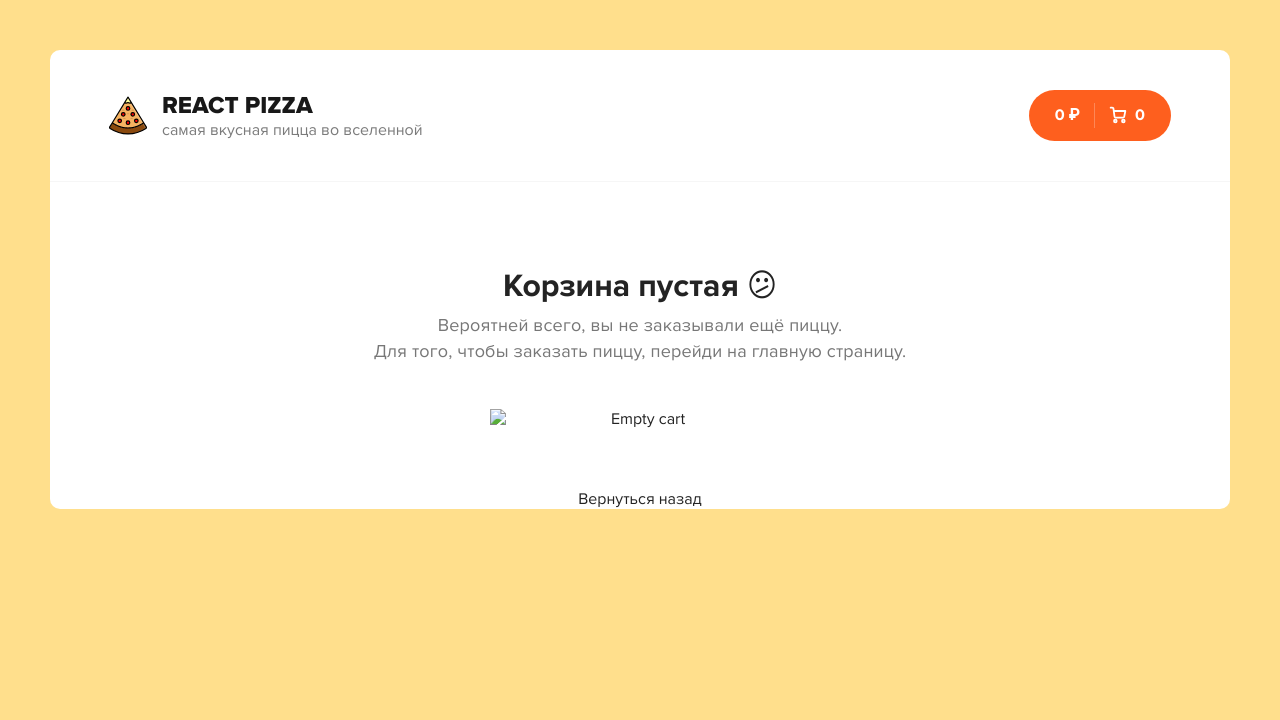
Repository: Danyil-man/online-pizzeria
Page: /cart
The author's editor kept a copy of each file at every save. The page is drawn from the files as they stood at one save, then again after the next save.
The browser window is 1280 px wide. The pictures show the whole page.
The project was rebuilt for these pictures with package versions that can differ from the ones it lists, and the page was loaded fresh each time. Also part of the build but not shown: src/pages/cart/cartItem/CartItem.tsx, src/components/categories/Categories.tsx, src/components/pizzaItem/index.tsx, src/components/pizzaItem/PizzaLoader.tsx, src/components/sortPopUp/Sort.tsx, src/pages/home/Home.tsx.

Above is the page before, as saved 2022-02-11 13:07:41.

### public/index.html
<!DOCTYPE html>
<html lang="en">

<head>
  <meta charset="utf-8" />
  <link rel="icon" href="%PUBLIC_URL%/favicon.ico" />
  <meta name="viewport" content="width=device-width, initial-scale=1" />
  <meta name="theme-color" content="#000000" />
  <meta name="description" content="Web site created using create-react-app" />
  <link rel="apple-touch-icon" href="%PUBLIC_URL%/logo192.png" />
  <!--
      manifest.json provides metadata used when your web app is installed on a
      user's mobile device or desktop. See https://developers.google.com/web/fundamentals/web-app-manifest/
    -->
  <link rel="manifest" href="%PUBLIC_URL%/manifest.json" />
  <!--
      Notice the use of %PUBLIC_URL% in the tags above.
      It will be replaced with the URL of the `public` folder during the build.
      Only files inside the `public` folder can be referenced from the HTML.

      Unlike "/favicon.ico" or "favicon.ico", "%PUBLIC_URL%/favicon.ico" will
      work correctly both with client-side routing and a non-root public URL.
      Learn how to configure a non-root public URL by running `npm run build`.
    -->
  <title>React Pizza</title>
</head>

<body>
  <noscript>You need to enable JavaScript to run this app.</noscript>
  <div id="root"></div>
  <!--
      This HTML file is a template.
      If you open it directly in the browser, you will see an empty page.

      You can add webfonts, meta tags, or analytics to this file.
      The build step will place the bundled scripts into the <body> tag.

      To begin the development, run `npm start` or `yarn start`.
      To create a production bundle, use `npm run build` or `yarn build`.
    -->
</body>

</html>

### src/index.tsx
import React from 'react';
import ReactDOM from 'react-dom';
import { Provider } from 'react-redux';
import App from './App';
import reportWebVitals from './reportWebVitals';
import './scss/app.scss'
import store from './store/reduxStore';

ReactDOM.render(
  <React.StrictMode>
    <Provider store={store}>
      <App />
    </Provider>
  </React.StrictMode>,
  document.getElementById('root')
);

reportWebVitals();

### src/App.tsx
import React from 'react';
import Routing from './routing';


const App = () => {
  return (
    <div className="wrapper">
      <div className="content">
        <Routing />
      </div>
    </div>
  );
}

export default App;

### src/store/reduxStore.ts
import { applyMiddleware, combineReducers, createStore } from "redux";
import filterReducer from "./reducers/filter";
import pizzasReducer from "./reducers/pizzas";
import thunkMiddleware from "redux-thunk";
import cartReducer from "./reducers/cart";

const reducerPack = combineReducers({
    filter: filterReducer,
    pizzas: pizzasReducer,
    cart: cartReducer
})

type reducerPackType = typeof reducerPack

export type AppStateType = ReturnType<reducerPackType>
export type InfernActionType<T> = T extends { [key: string]: (...args: any[]) => infer U } ? U : never


const store = createStore(reducerPack, applyMiddleware(thunkMiddleware))


export default store

### src/routing/index.tsx
import React from "react";
import { BrowserRouter, Route, Switch } from 'react-router-dom'
import Header from "../components/header/Header";
import Cart from "../pages/cart/Cart";
import Home from "../pages/home/Home";

const Routing = () => {
    return (
        <BrowserRouter >
            <Header />
            <Switch>
                <Route exact path='/' component={Home} />
                <Route exact path='/cart' component={Cart} />
            </Switch>
        </BrowserRouter>
    )
}

export default Routing

### src/scss/_fonts.scss
@font-face {
  font-family: "Proxima Nova";
  src: url("./fonts/ProximaNova-Black.eot");
  src: local("./fonts/Proxima Nova Black"), local("ProximaNova-Black"),
    url("./fonts/ProximaNova-Black.eot?#iefix") format("embedded-opentype"),
    url("./fonts/ProximaNova-Black.woff") format("woff"),
    url("./fonts/ProximaNova-Black.ttf") format("truetype");
  font-weight: 900;
  font-style: normal;
}

@font-face {
  font-family: "Proxima Nova";
  src: url("./fonts/ProximaNova-Bold.eot");
  src: local("./fonts/Proxima Nova Bold"), local("ProximaNova-Bold"),
    url("./fonts/ProximaNova-Bold.eot?#iefix") format("embedded-opentype"),
    url("./fonts/ProximaNova-Bold.woff") format("woff"),
    url("./fonts/ProximaNova-Bold.ttf") format("truetype");
  font-weight: bold;
  font-style: normal;
}

@font-face {
  font-family: "Proxima Nova";
  src: url("./fonts/ProximaNova-Regular.eot");
  src: local("./fonts/Proxima Nova Regular"), local("ProximaNova-Regular"),
    url("./fonts/ProximaNova-Regular.eot?#iefix") format("embedded-opentype"),
    url("./fonts/ProximaNova-Regular.woff") format("woff"),
    url("./fonts/ProximaNova-Regular.ttf") format("truetype");
  font-weight: normal;
  font-style: normal;
}

@font-face {
  font-family: "Proxima Nova";
  src: url("./fonts/ProximaNova-Extrabld.eot");
  src: local("./fonts/Proxima Nova Extrabold"), local("ProximaNova-Extrabld"),
    url("./fonts/ProximaNova-Extrabld.eot?#iefix") format("embedded-opentype"),
    url("./fonts/ProximaNova-Extrabld.woff") format("woff"),
    url("./fonts/ProximaNova-Extrabld.ttf") format("truetype");
  font-weight: 800;
  font-style: normal;
}

### src/scss/components/_header.scss
@import "../variables";

.header {
  border-bottom: 1px solid $gray-line;
  padding: 40px 0;
  margin-bottom: 40px;

  .container {
    display: flex;
    align-items: center;
    justify-content: space-between;
  }

  &__logo {
    display: flex;

    img {
      margin-right: 15px;
    }

    h1 {
      color: #181818;
      font-size: 24px;
      letter-spacing: 1%;
      text-transform: uppercase;
      font-weight: 800;
    }

    p {
      color: #7b7b7b;
    }
  }
}

### src/scss/components/_sort.scss
@import "../variables";

.sort {
  position: relative;
  &__label {
    display: flex;
    align-items: center;

    svg {
      margin-right: 8px;
    }

    b {
      margin-right: 8px;
    }

    span {
      color: $orange;
      border-bottom: 1px dashed $orange;
      cursor: pointer;
    }
  }

  &__popup {
    position: absolute;
    right: 0;
    margin-top: 15px;
    background: #ffffff;
    box-shadow: 0px 5px 15px rgba(0, 0, 0, 0.09);
    border-radius: 10px;
    overflow: hidden;
    padding: 10px 0;
    width: 160px;

    ul {
      overflow: hidden;
      li {
        padding: 12px 20px;
        cursor: pointer;

        &.active,
        &:hover {
          background: rgba(254, 95, 30, 0.05);
        }

        &.active {
          font-weight: bold;
          color: $orange;
        }
      }
    }
  }
}

### src/scss/components/_pizza-block.scss
@import "../variables";

.pizza-block {
  width: 280px;
  text-align: center;
  margin-bottom: 65px;

  &:not(:nth-of-type(4n)) {
    margin-right: 35px;
  }

  &__image {
    width: 260px;
  }

  &__title {
    font-size: 20px;
    font-weight: 900;
    letter-spacing: 1%;
    margin-bottom: 20px;
  }

  &__selector {
    display: flex;
    background-color: #f3f3f3;
    border-radius: 10px;
    flex-direction: column;
    padding: 6px;

    ul {
      display: flex;
      flex: 1;

      &:first-of-type {
        margin-bottom: 6px;
      }

      li {
        padding: 8px;
        flex: 1;
        cursor: pointer;
        font-weight: 600;
        font-size: 14px;
        @include noselect();
        &.active {
          background: #ffffff;
          box-shadow: 0px 2px 4px rgba(0, 0, 0, 0.04);
          border-radius: 5px;
          cursor: auto;
        }
        &.disabled {
          opacity: 0.4;
          pointer-events: none;
        }
      }
    }
  }

  &__bottom {
    display: flex;
    align-items: center;
    justify-content: space-between;
    margin-top: 20px;
  }

  &__price {
    font-weight: bold;
    font-size: 22px;
    line-height: 27px;
    letter-spacing: 0.015em;
  }
}

### src/store/reducers/filter.ts
import React from "react"
import { ThunkAction } from "redux-thunk"
import { AppStateType, InfernActionType } from "../reduxStore"


const SET_SORT = 'SET_SORT'
const SET_CATEGORY = 'SET_CATEGORY'

type initialStateType = {
    category: null | number
    sortBy: string
}

const initialState:initialStateType = {
    category: null,
    sortBy: 'popular'
}

//                                              REDUCER
const filterReducer = (state=initialState, action:ActionCreatorsType):initialStateType => {
    switch(action.type){
        case SET_SORT:
            return{
                ...state,
                sortBy: action.name
            }
        case SET_CATEGORY:
            return{
                ...state,
                category: action.index
            }

        default:
            return state
    }
}


//                                            ACTION CREATOR
export const actions = {
    setSort: (name:string) => ({
        type: SET_SORT,
        name
    } as const),
    setCategory: (index:number) => ({
        type: SET_CATEGORY,
        index
    } as const)
}

type ActionCreatorsType = InfernActionType<typeof actions>


//                                      THUNK

export const setItemCategory = (index:number):ThunkType => async (dispatch) => {
    dispatch(actions.setCategory(index))
}

export const setSortBy = (type:string):ThunkType => async (dispatch) => {
    dispatch(actions.setSort(type))
}

type ThunkType = ThunkAction<Promise<void>, AppStateType, unknown, ActionCreatorsType>
export default filterReducer

### src/store/reducers/pizzas.ts
import axios from "axios"
import React from "react"
import { ThunkAction } from "redux-thunk"
import { AppStateType, InfernActionType } from "../reduxStore"

const SET_PIZZA = 'SET_PIZZA'
const SET_LOADED = 'SET_LOADED'

export type PizzaType = {
    id: number,
    imageUrl: string,
    name: string,
    types: Array<number>,
    sizes: Array<number>,
    price: number,
    category: number,
    rating: number
}

type initialStateType = {
    items: Array<PizzaType>
    isLoaded: boolean
}

const initialState:initialStateType = {
    items: [],
    isLoaded: false
}

//                                              REDUCER
const pizzasReducer = (state=initialState, action:ActionCreatorsType):initialStateType => {
    switch(action.type){
        case SET_PIZZA:
            return{
                ...state,
                items: action.items,
                isLoaded:true
            }
        case SET_LOADED:
            return{
                ...state,
                isLoaded: action.isLoaded
            }

        default:
            return state
    }
}


//                                          ACTION CREATOR
export const actions = {
    setPizzas: (items: Array<PizzaType>) => ({
        type: SET_PIZZA,
        items
    } as const),
    setLoaded: (isLoaded: boolean) => ({
        type:SET_LOADED,
        isLoaded
    } as const)
}


//                                               THUNK

export const getAllPizzas = (sortBy:string, category:null | number):ThunkType => async (dispatch) => {
    dispatch(actions.setLoaded(false))
    const {data} = await axios.get(`/pizzas?${category !== null ? `category=${category}`: ''}&_sort=${sortBy}&_order=desc`)
    dispatch(actions.setPizzas(data))

}

type ThunkType = ThunkAction<Promise<void>, AppStateType, unknown, ActionCreatorsType>
type ActionCreatorsType = InfernActionType<typeof actions>

export default pizzasReducer

### src/components/header/Header.tsx
import React from "react";
import { Link } from "react-router-dom";
import logo from '../../assets/img/pizza-logo.svg'
import Button from "../button/Button";

const Header = () => {
    return (
        <div className="header">
            <div className="container">
                <Link to='/'>
                    <div className="header__logo">
                        <img width="38" src={logo} alt="Pizza logo" />
                        <div>
                            <h1>React Pizza</h1>
                            <p>самая вкусная пицца во вселенной</p>
                        </div>
                    </div>
                </Link>

                <Link to='/cart'>
                    <div className="header__cart">
                        <Button />
                    </div>
                </Link>

            </div>
        </div>
    )
}

export default Header

### src/pages/cart/Cart.tsx
import React from "react";
import { useDispatch, useSelector } from "react-redux";
import { onClearCart } from "../../store/reducers/cart";
import { AppStateType } from "../../store/reduxStore";
import CartItem from "./cartItem/CartItem";

const Cart = () => {
    const dispatch = useDispatch()

    const { totalCount, totalPrice, items } =
        useSelector((state: AppStateType) => state.cart)
    const cartPizzas = Object.keys(items).map(key => {
        //@ts-ignore
        return items[key].items[0]
    })

    const clearCart = () => {
        if (window.confirm('Are you sure you want to clear your cart?'))
            dispatch(onClearCart())
    }
    return (
        <div className="container container--cart">
            {totalCount ? <div className="cart">
                <div className="cart__top">
                    <h2 className="content__title">
                        <svg
                            width="18"
                            height="18"
                            viewBox="0 0 18 18"
                            fill="none"
                            xmlns="http://www.w3.org/2000/svg">
                            <path
                                d="M6.33333 16.3333C7.06971 16.3333 7.66667 15.7364 7.66667 15C7.66667 14.2636 7.06971 13.6667 6.33333 13.6667C5.59695 13.6667 5 14.2636 5 15C5 15.7364 5.59695 16.3333 6.33333 16.3333Z"
                                stroke="white"
                                strokeWidth="1.8"
                                strokeLinecap="round"
                                strokeLinejoin="round"
                            />
                            <path
                                d="M14.3333 16.3333C15.0697 16.3333 15.6667 15.7364 15.6667 15C15.6667 14.2636 15.0697 13.6667 14.3333 13.6667C13.597 13.6667 13 14.2636 13 15C13 15.7364 13.597 16.3333 14.3333 16.3333Z"
                                stroke="white"
                                strokeWidth="1.8"
                                strokeLinecap="round"
                                strokeLinejoin="round"
                            />
                            <path
                                d="M4.78002 4.99999H16.3334L15.2134 10.5933C15.1524 10.9003 14.9854 11.176 14.7417 11.3722C14.4979 11.5684 14.1929 11.6727 13.88 11.6667H6.83335C6.50781 11.6694 6.1925 11.553 5.94689 11.3393C5.70128 11.1256 5.54233 10.8295 5.50002 10.5067L4.48669 2.82666C4.44466 2.50615 4.28764 2.21182 4.04482 1.99844C3.80201 1.78505 3.48994 1.66715 3.16669 1.66666H1.66669"
                                stroke="white"
                                strokeWidth="1.8"
                                strokeLinecap="round"
                                strokeLinejoin="round"
                            />
                        </svg>
                        Корзина
                    </h2>
                    <div className="cart__clear">
                        <svg
                            width="20"
                            height="20"
                            viewBox="0 0 20 20"
                            fill="none"
                            xmlns="http://www.w3.org/2000/svg">
                            <path
                                d="M2.5 5H4.16667H17.5"
                                stroke="#B6B6B6"
                                strokeWidth="1.2"
                                strokeLinecap="round"
                                strokeLinejoin="round"
                            />
                            <path
                                d="M6.66663 5.00001V3.33334C6.66663 2.89131 6.84222 2.46739 7.15478 2.15483C7.46734 1.84227 7.89127 1.66667 8.33329 1.66667H11.6666C12.1087 1.66667 12.5326 1.84227 12.8451 2.15483C13.1577 2.46739 13.3333 2.89131 13.3333 3.33334V5.00001M15.8333 5.00001V16.6667C15.8333 17.1087 15.6577 17.5326 15.3451 17.8452C15.0326 18.1577 14.6087 18.3333 14.1666 18.3333H5.83329C5.39127 18.3333 4.96734 18.1577 4.65478 17.8452C4.34222 17.5326 4.16663 17.1087 4.16663 16.6667V5.00001H15.8333Z"
                                stroke="#B6B6B6"
                                strokeWidth="1.2"
                                strokeLinecap="round"
                                strokeLinejoin="round"
                            />
                            <path
                                d="M8.33337 9.16667V14.1667"
                                stroke="#B6B6B6"
                                strokeWidth="1.2"
                                strokeLinecap="round"
                                strokeLinejoin="round"
                            />
                            <path
                                d="M11.6666 9.16667V14.1667"
                                stroke="#B6B6B6"
                                strokeWidth="1.2"
                                strokeLinecap="round"
                                strokeLinejoin="round"
                            />
                        </svg>

                        <span onClick={clearCart}>Очистить корзину</span>
                    </div>
                </div>

                <div className="content__items">
                    {cartPizzas.map(pizza => <CartItem
                        pizza={pizza}
                        //@ts-ignore
                        totalPizzaTypePrice={items[pizza.id].totalCartPrice}
                        //@ts-ignore
                        totalPizzaTypeCount={items[pizza.id].items.length}
                    />)}
                </div>
                <div className="cart__bottom">
                    <div className="cart__bottom-details">
                        <span>
                            <b> Всего пицц: {totalCount} шт.</b>
                        </span>
                        <span>
                            <b> Сумма заказа: {totalPrice}  ₽</b>
                        </span>
                    </div>
                    <div className="cart__bottom-buttons">
                        <a href="/" className="button button--outline button--add go-back-btn">
                            <svg
                                width="8"
                                height="14"
                                viewBox="0 0 8 14"
                                fill="none"
                                xmlns="http://www.w3.org/2000/svg">
                                <path
                                    d="M7 13L1 6.93015L6.86175 1"
                                    stroke="#D3D3D3"
                                    strokeWidth="1.5"
                                    strokeLinecap="round"
                                    strokeLinejoin="round"
                                />
                            </svg>

                            <span>Вернуться назад</span>

                        </a>

                        <span>Оплатить сейчас</span>

                    </div>
                </div>
            </div> : <div className="cart cart--empty">
                <h2>
                    Корзина пустая <i>😕</i>
                </h2>
                <p>
                    Вероятней всего, вы не заказывали ещё пиццу.
                    <br />
                    Для того, чтобы заказать пиццу, перейди на главную страницу.
                </p>
                <img alt="Empty cart" />

                <span>Вернуться назад</span>

            </div>}




        </div>
    )
}
export default Cart

### src/components/button/Button.tsx
import React from "react";
import { useSelector } from "react-redux";
import { AppStateType } from "../../store/reduxStore";



const Button = () => {
    const { totalCount, totalPrice } = useSelector((state: AppStateType) => state.cart)
    console.log(totalCount)
    return (
        <div className="button button--cart">
            <span>{totalPrice} ₽</span>
            <div className="button__delimiter"></div>
            <svg
                width="18"
                height="18"
                viewBox="0 0 18 18"
                fill="none"
                xmlns="http://www.w3.org/2000/svg"
            >
                <path
                    d="M6.33333 16.3333C7.06971 16.3333 7.66667 15.7364 7.66667 15C7.66667 14.2636 7.06971 13.6667 6.33333 13.6667C5.59695 13.6667 5 14.2636 5 15C5 15.7364 5.59695 16.3333 6.33333 16.3333Z"
                    stroke="white"
                    strokeWidth="1.8"
                    stroke-linecap="round"
                    stroke-linejoin="round"
                />
                <path
                    d="M14.3333 16.3333C15.0697 16.3333 15.6667 15.7364 15.6667 15C15.6667 14.2636 15.0697 13.6667 14.3333 13.6667C13.597 13.6667 13 14.2636 13 15C13 15.7364 13.597 16.3333 14.3333 16.3333Z"
                    stroke="white"
                    strokeWidth="1.8"
                    stroke-linecap="round"
                    stroke-linejoin="round"
                />
                <path
                    d="M4.78002 4.99999H16.3334L15.2134 10.5933C15.1524 10.9003 14.9854 11.176 14.7417 11.3722C14.4979 11.5684 14.1929 11.6727 13.88 11.6667H6.83335C6.50781 11.6694 6.1925 11.553 5.94689 11.3393C5.70128 11.1256 5.54233 10.8295 5.50002 10.5067L4.48669 2.82666C4.44466 2.50615 4.28764 2.21182 4.04482 1.99844C3.80201 1.78505 3.48994 1.66715 3.16669 1.66666H1.66669"
                    stroke="white"
                    strokeWidth="1.8"
                    stroke-linecap="round"
                    stroke-linejoin="round"
                />
            </svg>
            <span>{totalCount}</span>
        </div>
    )
}

export default Button

Loaded but not shown: src/reportWebVitals.ts (common file); src/scss/_variables.scss (common file); src/scss/libs/_normalize.scss (common file); src/scss/components/_all.scss (common file); src/scss/components/_categories.scss (common file); src/scss/app.scss (310 lines, source omitted); src/store/reducers/cart.ts (108 lines, source omitted); src/scss/components/_button.scss (149 lines, source omitted)

After the next save:
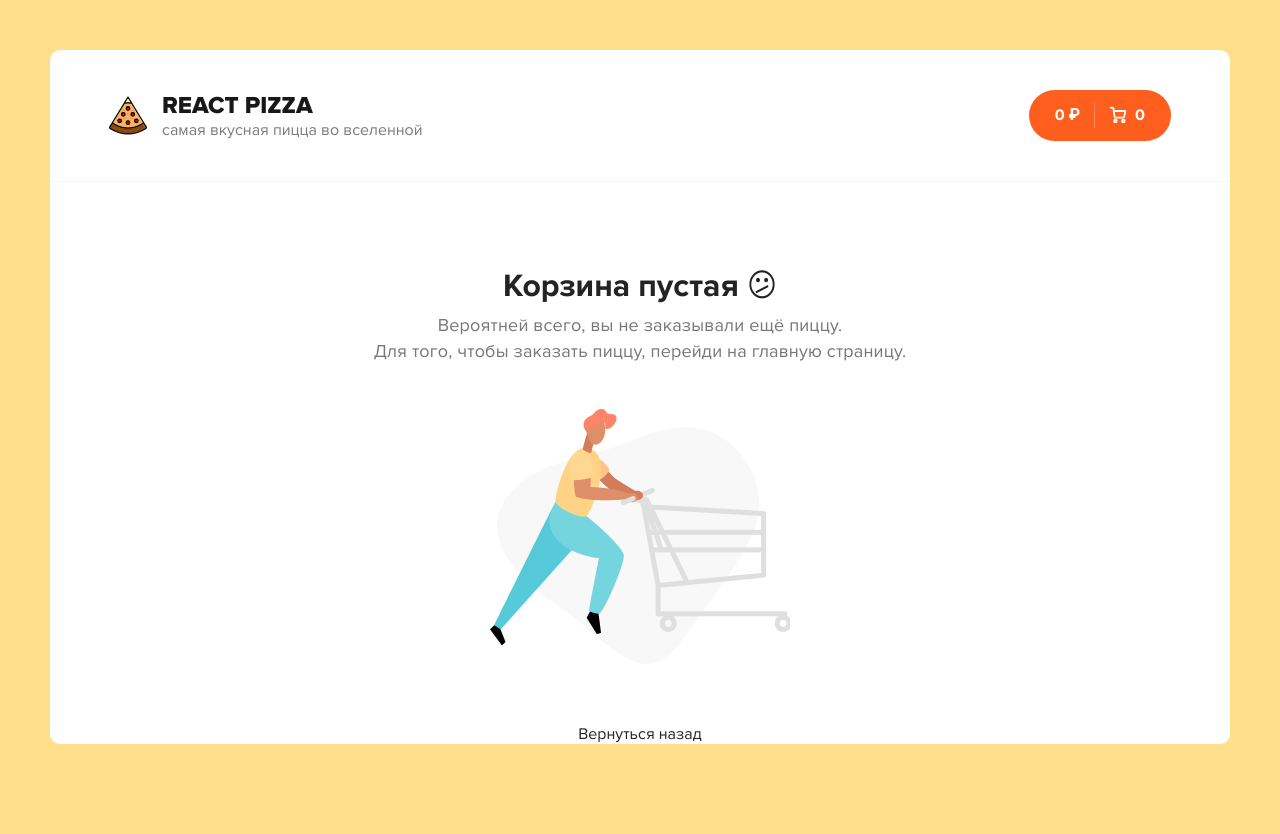
Saved 2 min 33 s later.
--- a/src/pages/cart/Cart.tsx
+++ b/src/pages/cart/Cart.tsx
@@ -3,6 +3,7 @@ import { useDispatch, useSelector } from "react-redux";
 import { onClearCart } from "../../store/reducers/cart";
 import { AppStateType } from "../../store/reduxStore";
 import CartItem from "./cartItem/CartItem";
+import emptyCartImg from '../../assets/img/empty-cart.png'
 
 const Cart = () => {
     const dispatch = useDispatch()
@@ -146,7 +147,7 @@ const Cart = () => {
                     <br />
                     Для того, чтобы заказать пиццу, перейди на главную страницу.
                 </p>
-                <img alt="Empty cart" />
+                <img src={emptyCartImg} alt="Empty cart" />
 
                 <span>Вернуться назад</span>
 
